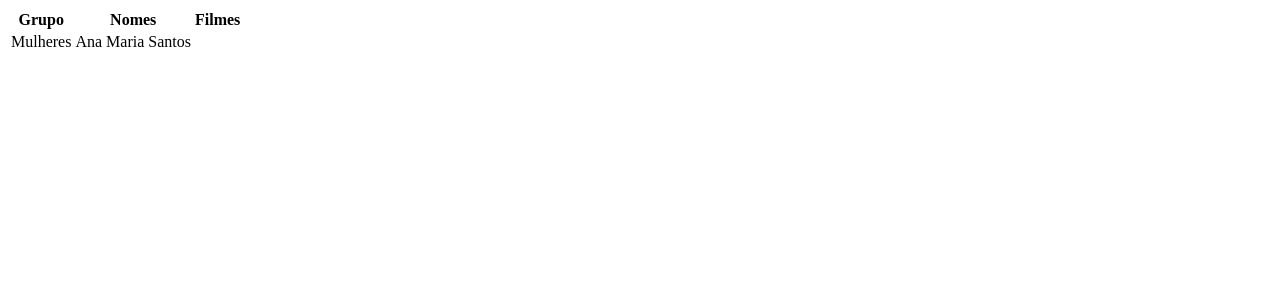
Repository: Lucianorodriguesdev/cursoHTML-CSS
Page: ex023/tabelas/index.html
An editor plug-in stored every save of this project. The page is shown before and after the next save, followed by the edit.
The browser window is 1280 px wide. The pictures show the whole page.

Above is the page before, as saved 2026-06-23 21:44:41.

### ex023/tabelas/index.html
<!DOCTYPE html>
<html lang="pt-br">
<head>
    <meta charset="UTF-8">
    <meta name="viewport" content="width=device-width, initial-scale=1.0">
    <title>Trabalhando com tabelas</title>
</head>
<body>
    <table>
        <thead>
            <tr>
                <th>Grupo</th>
                <th>Nomes</th>
                <th colspan="3">Filmes</th>
            </tr>
        </thead>
        <tbody>
            <tr>
                <td rowspan="3">Mulheres</td>
                <td>Ana Maria Santos</td>
                <td></td>
                <td></td>
                <td></td>
            </tr>
        </tbody>
    </table>

</body>
</html>

After the next save:
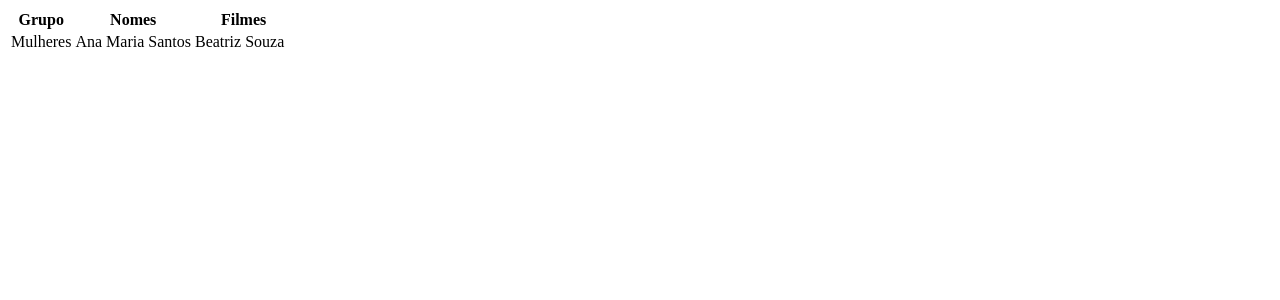
Saved 11 s later.
--- a/ex023/tabelas/index.html
+++ b/ex023/tabelas/index.html
@@ -18,7 +18,7 @@
             <tr>
                 <td rowspan="3">Mulheres</td>
                 <td>Ana Maria Santos</td>
-                <td></td>
+                <td>Beatriz Souza</td>
                 <td></td>
                 <td></td>
             </tr>
